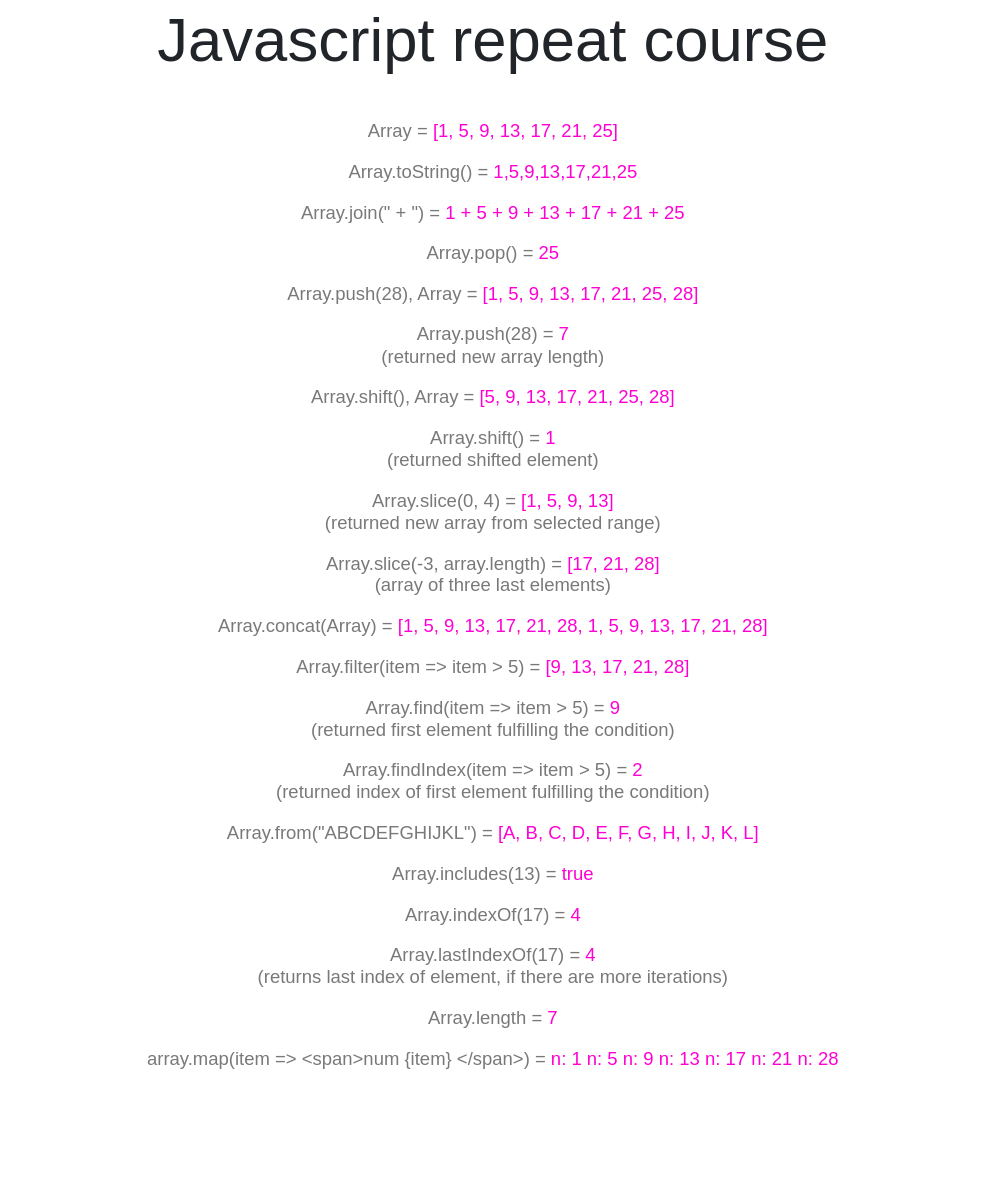
Repository: michalgornicki/javascript
Page: /
An editor plug-in stored every save of this project. The page is shown before and after the next save, followed by the edit.
The browser window is 1280 px wide. The pictures show the whole page, at 77% of full size.
The project was rebuilt for these pictures with package versions that can differ from the ones it lists, and the page was loaded fresh each time. Also part of the build but not shown: src/index.css.

Above is the page before, as saved 2022-01-31 13:40:12.

After the next save:
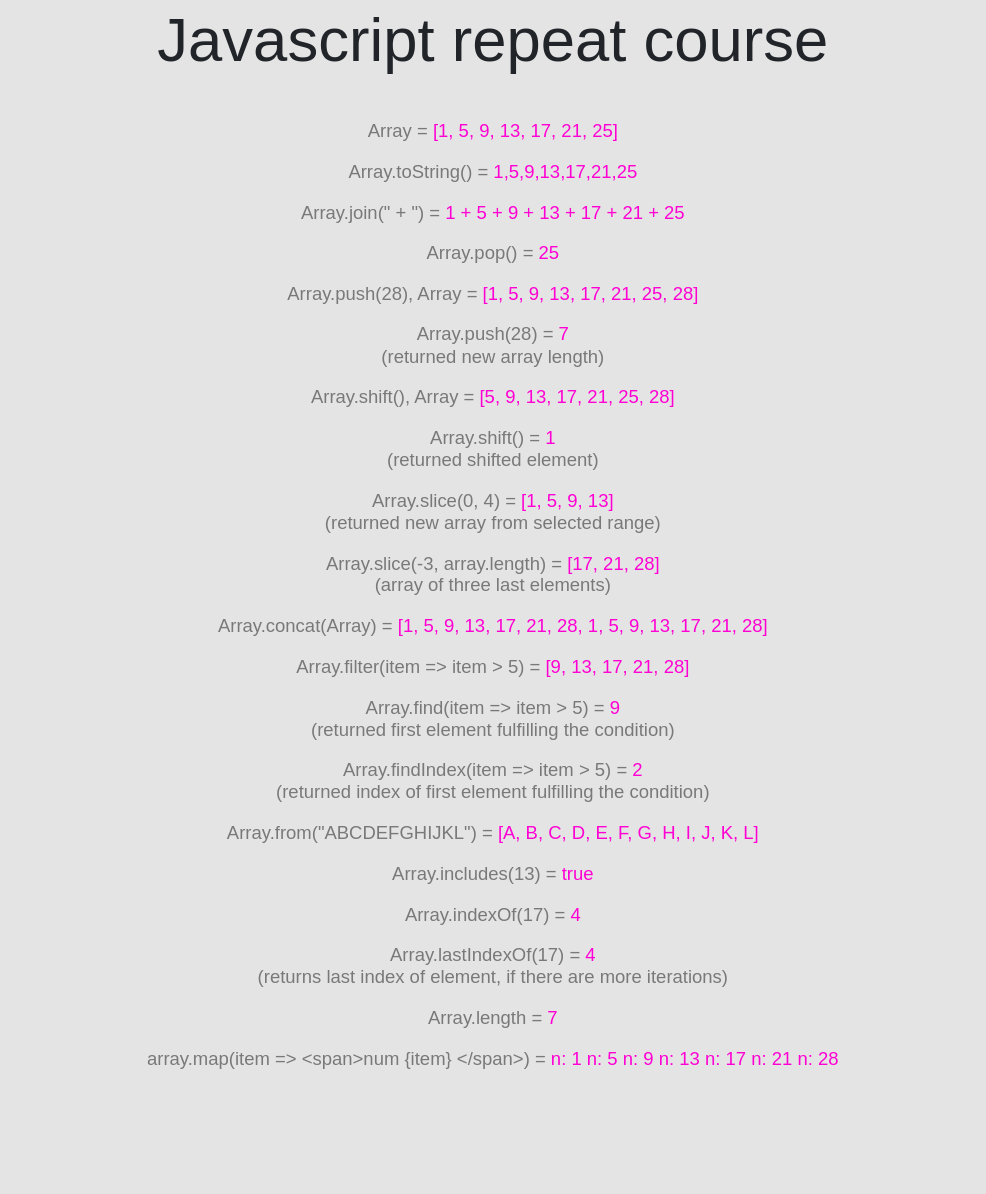
Saved 5 s later.
--- a/src/App.css
+++ b/src/App.css
@@ -2,7 +2,7 @@
     font-family: Arial, Helvetica, sans-serif!important;
     overflow-x: hidden;
     padding-bottom: 20vh;
-    background-color: rgb(228, 228, 228);
+    background-color: rgb(228, 228, 228)!important;
 }
 
 .js-item{

After the save that followed:
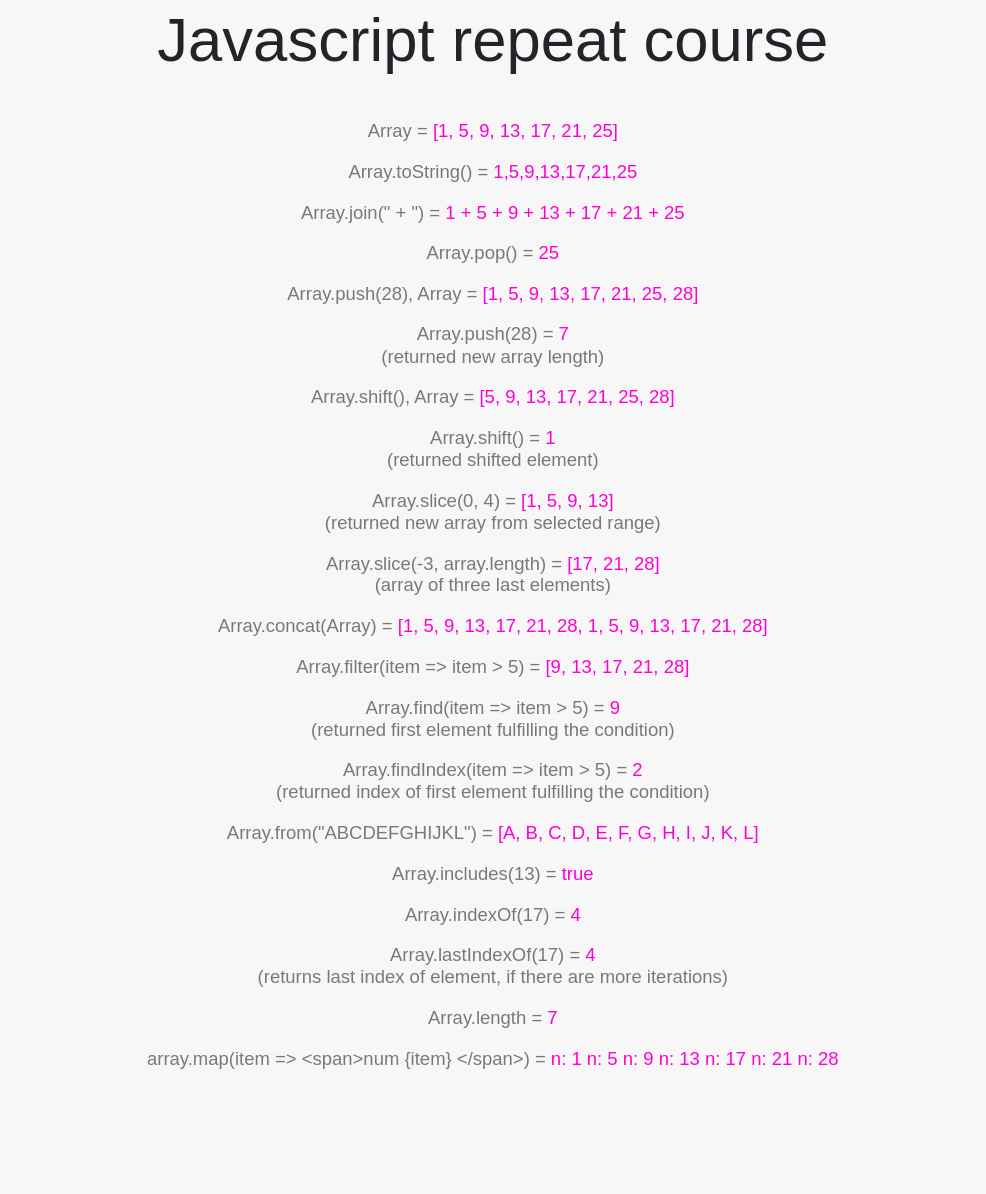
Saved 6 s later.
--- a/src/App.css
+++ b/src/App.css
@@ -2,7 +2,7 @@
     font-family: Arial, Helvetica, sans-serif!important;
     overflow-x: hidden;
     padding-bottom: 20vh;
-    background-color: rgb(228, 228, 228)!important;
+    background-color: rgb(247, 247, 247)!important;
 }
 
 .js-item{
